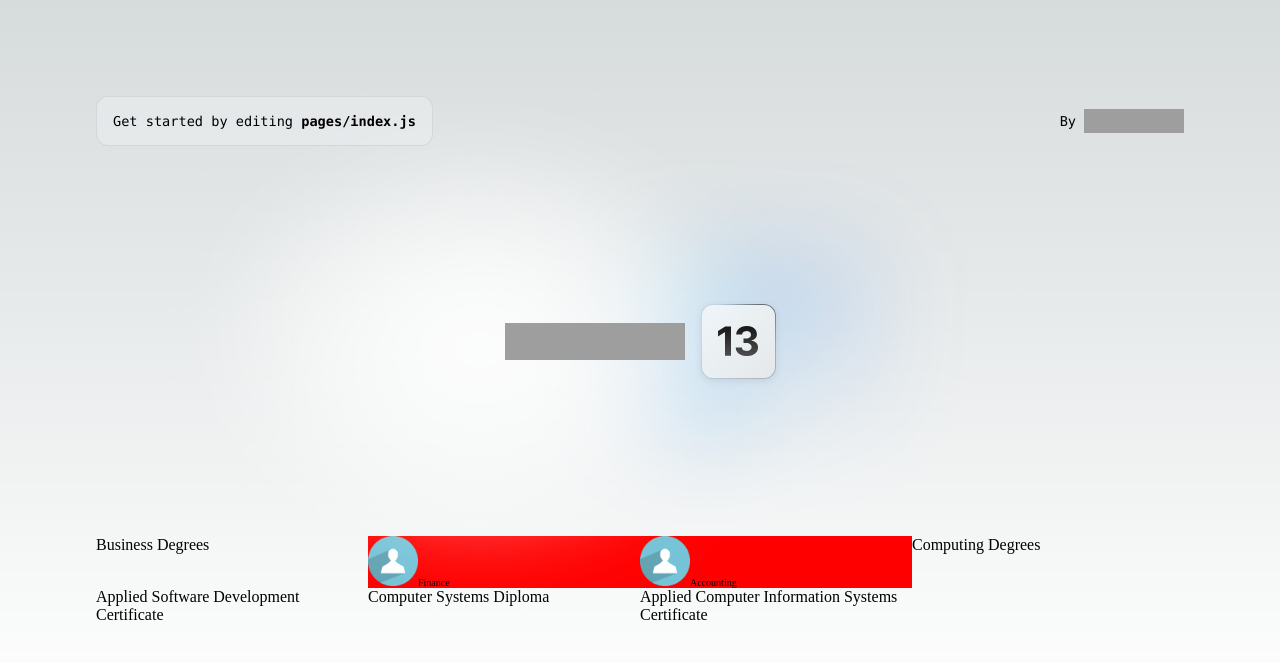
Repository: TeoEstrada9/Week-3-example
Page: /
An editor plug-in stored every save of this project. The page is shown before and after a run of saves, followed by the edit.
The browser window is 1280 px wide. The pictures show the whole page.
Pictures or frames that could not be fetched are drawn as grey boxes. The project was rebuilt for these pictures with package versions that can differ from the ones it lists, and the page was loaded fresh each time. The framework's server and built-in components were replaced by stand-ins that run in the browser. Also part of the build but not shown: next.config.js.

Above is the page before, as saved 2023-01-16 11:25:54.

### pages/index.js
import Head from 'next/head'
import Image from 'next/image'
import { Inter } from '@next/font/google'
import styles from '@/styles/Home.module.css'
import data from '../Data/education.json'
import { useState } from 'react'
import Card from '../Components/Card'

const inter = Inter({ subsets: ['latin'] })

export default function Home() {

  console.log(data);
  const [information, setInformation] = useState([...data])



  return (
    <>
      <Head>
        <title>Create Next App</title>
        <meta name="description" content="Generated by create next app" />
        <meta name="viewport" content="width=device-width, initial-scale=1" />
        <link rel="icon" href="/favicon.ico" />
      </Head>
      <main className={styles.main}>
        <div className={styles.description}>
          <p>
            Get started by editing&nbsp;
            <code className={styles.code}>pages/index.js</code>
          </p>
          <div>
            <a
              href="https://vercel.com?utm_source=create-next-app&utm_medium=default-template&utm_campaign=create-next-app"
              target="_blank"
              rel="noopener noreferrer"
            >
              By{' '}
              <Image
                src="/vercel.svg"
                alt="Vercel Logo"
                className={styles.vercelLogo}
                width={100}
                height={24}
                priority
              />
            </a>
          </div>
        </div>

        <div className={styles.center}>
          <Image
            className={styles.logo}
            src="/next.svg"
            alt="Next.js Logo"
            width={180}
            height={37}
            priority
          />
          <div className={styles.thirteen}>
            <Image
              src="/thirteen.svg"
              alt="13"
              width={40}
              height={31}
              priority
            />
          </div>
        </div>

        <div className={styles.grid}>
          <div>Business Degrees</div>
          {information && information.map((info, index) => {
            if(info.department === "Business")
            return(
              <Card key={index} degree={info.degree} colour="red" font="10px"/>
            )

          })}

        <div>Computing Degrees</div>
          {information && information.map((info, index) => {
            if(info.department === "Computing")
            return(
              <div key={index}>{info.degree}</div>
            )

          })}

        </div>
      </main>
    </>
  )
}

### Data/education.json
[
        {
            "studentNumber": "A0004567",
            "firstName": "Person 1",
            "gpa": 3.8,
            "department": "Business",
            "degree": "Finance",
            "graduted": 2014
        },
        {
            "studentNumber": "A0001234",
            "firstName": "Person 2",
            "gpa": 3.5,
            "department": "Business",
            "degree": "Accounting",
            "graduted": 2010
        },
        {
            "studentNumber": "A0007890",
            "firstName": "Person 3",
            "gpa": 3.2,
            "department": "Computing",
            "degree": "Applied Software Development Certificate",
            "graduted": 2018
        },
        {
            "studentNumber": "A0007828",
            "firstName": "Person 4",
            "gpa": 3.9,
            "department": "Computing",
            "degree": "Computer Systems Diploma",
            "graduted": 2021
        },
        {
            "studentNumber": "A0003425",
            "firstName": "Person 5",
            "gpa": 3.2,
            "department": "Computing",
            "degree": "Applied Computer Information Systems Certificate",
            "graduted": 2021
        }
]

### Components/Card/index.js
export default function Card({
    degree = "none",
    colour = "purple",
    font = "0",
    image = "icon/personTwo.png"
}) {
    return (
        <div style={{backgroundColor: colour, fontSize: font}}>
            {
                colour === "red" ? <img src={'icon/person.png'}width="50"/> :
                colour === "blue" ? <img src={'icon/personThree.png'}width="50"/> :
                                    <img src={'icon/person.png'}width="50"/>
            }
            {degree}

        </div>
    )
}

Loaded but not shown: pages/_app.js (common file); pages/_document.js (common file); styles/globals.css (common file); styles/Home.module.css (common file)

After the next 5 saves:
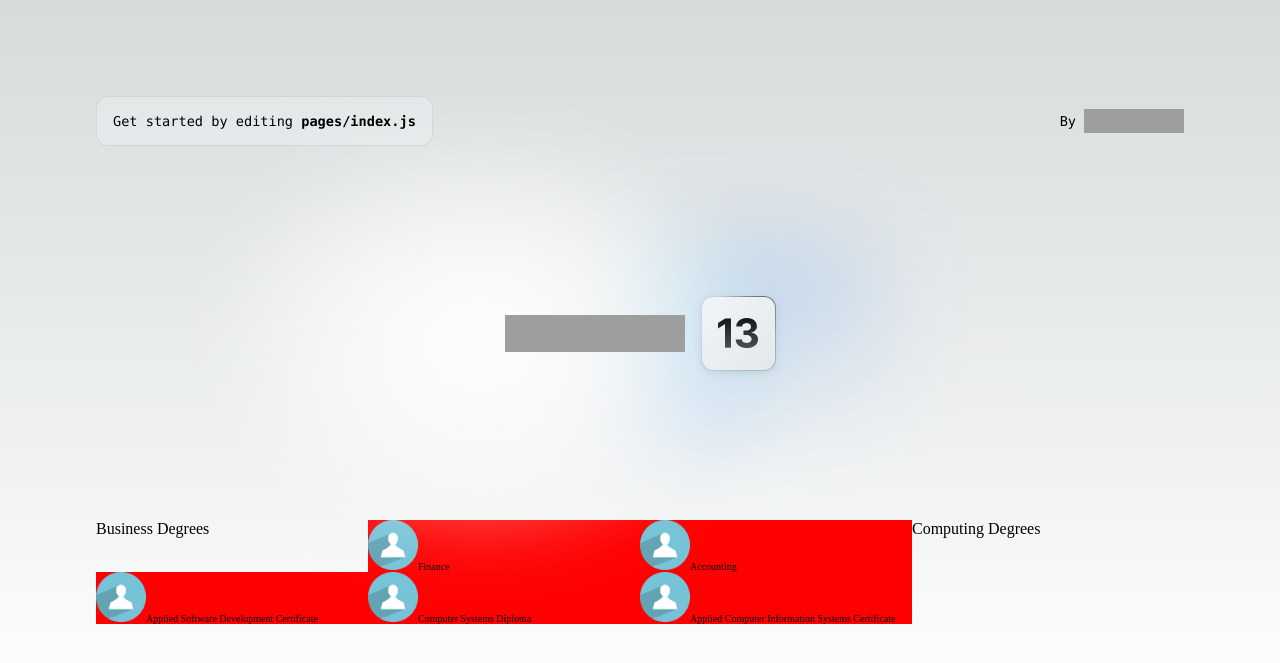
The 5 saves are shown as one change because 4 did not build or start.
The last was saved 99 s later.
--- a/pages/index.js
+++ b/pages/index.js
@@ -82,7 +82,7 @@ export default function Home() {
           {information && information.map((info, index) => {
             if(info.department === "Computing")
             return(
-              <div key={index}>{info.degree}</div>
+              <Card key={index} degree={info.degree} colour="red" font="10px"/>
             )
 
           })}
